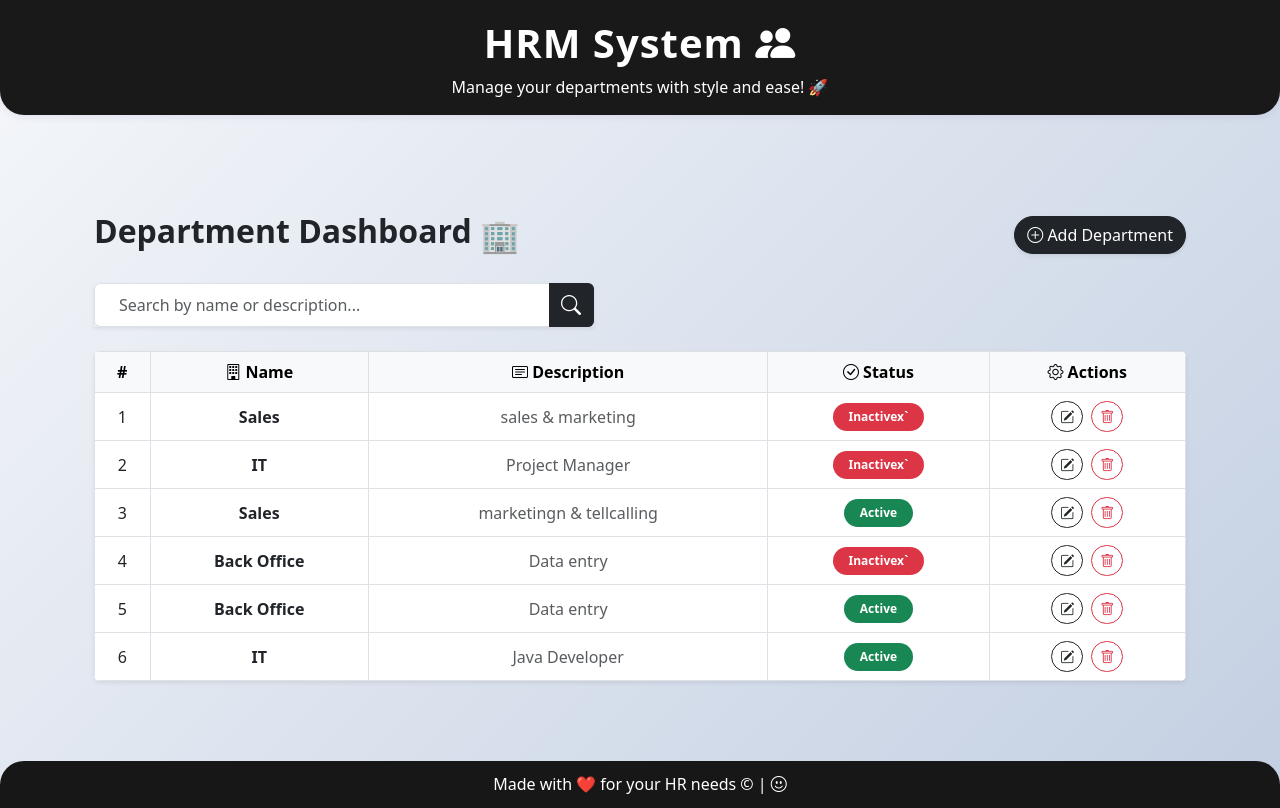
Repository: rtrupti09/HRMS
Page: http://localhost/departments/
These files come from the project's save history. The page is drawn as it stood at one moment and after the next save; the edit follows.
The browser window is 1280 px wide. The pictures show the whole page.
The page is served by the project's application, run on Django 5.2 (hrm_system/manage.py). The first stored user is signed in. Other server files are loaded and not shown. The page reads the database file committed with the project.

Above is the page before, as saved 2025-06-22 15:54:33.

### hrm_system/templates/department/dashboard.html
{% extends "base.html" %}

{% block extra_head %}
<link rel="stylesheet" href="https://cdn.jsdelivr.net/npm/bootstrap-icons@1.10.5/font/bootstrap-icons.css">
{% endblock %}

{% block content %}
<div class="container py-5">
    <!-- Header -->
    <div class="d-flex align-items-center justify-content-between mb-4">
        <div class="d-flex align-items-center">
            <h2 class="me-2 text-dark fw-bold">Department Dashboard</h2>
            <span class="fs-2">🏢</span>
        </div>
        <a href="{% url 'add_department' %}" class="btn btn-dark shadow-sm" style="border-radius: 30px;">
            <i class="bi bi-plus-circle"></i> Add Department
        </a>
    </div>

<!-- Stylish Search Form -->
<form method="get" class="input-group mb-4 shadow-sm" style="max-width: 500px;">
    <input type="text" name="search" value="{{ search }}"
           class="form-control px-4 py-2 border-end-0 "
           placeholder="Search by name or description..."
           style="font-size: 1rem;">
    <button class="btn btn-dark border-start-0 " type="submit">
        <i class="bi bi-search fs-5"></i>
    </button>
</form>


    <!-- Department Table -->
    <div class="table-responsive rounded shadow-sm">
        <table class="table table-bordered table-hover align-middle mb-0" style="background-color: #ffffff;">
            <thead class="table-light">
                <tr class="text-center">
                    <th>#</th>
                    <th><i class="bi bi-building"></i> Name</th>
                    <th><i class="bi bi-card-text"></i> Description</th>
                    <th><i class="bi bi-check-circle"></i> Status</th>
                    <th><i class="bi bi-gear"></i> Actions</th>
                </tr>
            </thead>
            <tbody>
                {% for dept in departments %}
                <tr class="text-center">
                    <td>{{ forloop.counter }}</td>
                    <td class="fw-semibold text-capitalize text-dark">{{ dept.dept_name }}</td>
                    <td class="text-muted">{{ dept.description }}</td>
                    <td>
                        {% if dept.status %}
                            <span class="badge bg-success px-3 py-2 rounded-pill">Active</span>
                        {% else %}
                            <span class="badge bg-danger px-3 py-2 rounded-pill">Inactivex`</span>
                        {% endif %}
                    </td>
                    <td>
                        <a href="{% url 'edit_department' dept.id %}" class="btn btn-sm btn-outline-dark rounded-pill me-1">
                            <i class="bi bi-pencil-square"></i>
                        </a>
                        <a href="{% url 'delete_department' dept.id %}" class="btn btn-sm btn-outline-danger rounded-pill">
                            <i class="bi bi-trash"></i>
                        </a>
                    </td>
                </tr>
                {% empty %}
                <tr>
                    <td colspan="5" class="text-center text-muted py-4">😕 No departments found.</td>
                </tr>
                {% endfor %}
            </tbody>
        </table>
    </div>
</div>
{% endblock %}

### hrm_system/templates/base.html
<!-- templates/base.html -->
<!DOCTYPE html>
<html lang="en">
<head>
    <meta charset="UTF-8">
    <title>HRM System</title>
    <meta name="viewport" content="width=device-width, initial-scale=1">
    <link href="https://cdn.jsdelivr.net/npm/bootstrap@5.3.0/dist/css/bootstrap.min.css" rel="stylesheet">
    <link rel="stylesheet" href="https://cdn.jsdelivr.net/npm/bootstrap-icons@1.10.5/font/bootstrap-icons.css">
    <style>
        body {
            background: linear-gradient(135deg, #f5f7fa 0%, #c3cfe2 100%);
            min-height: 100vh;
        }
        .hrm-header {
            background: #19191a;
            color: #fff;
            padding: 1.2rem 0 1rem 0;
            border-radius: 0 0 24px 24px;
            box-shadow: 0 2px 8px rgba(75,0,130,0.08);
            margin-bottom: 2rem;
        }
        .hrm-footer {
            background: #171717;
            color: #fff;
            text-align: center;
            padding: 0.7rem 0;
            border-radius: 24px 24px 0 0;
            margin-top: 2rem;
            font-size: 1rem;
        }
    </style>
    {% block extra_head %}{% endblock %}
</head>
<body>
    <div class="hrm-header text-center">
        <h1 style="font-weight:bold; letter-spacing:1px;">HRM System <i class="bi bi-people-fill"></i></h1>
        <p class="mb-0">Manage your departments with style and ease! 🚀</p>
    </div>
    <div class="container pt-3">
        {% if messages %}
        <div>
            {% for message in messages %}
                <div class="alert alert-{{ message.tags }} alert-dismissible fade show" role="alert">
                    {{ message }}
                    <button type="button" class="btn-close" data-bs-dismiss="alert"></button>
                </div>
            {% endfor %}
        </div>
        {% endif %}
        {% block content %}{% endblock %}
    </div>
    <div class="hrm-footer">
        <span>Made with ❤️ for your HR needs &copy; {{ now|date:'Y' }} | <i class="bi bi-emoji-smile"></i></span>
    </div>
</body>
</html>

### hrm_system/department/models.py
# department/models.py
from django.db import models

class Department(models.Model):
    dept_name = models.CharField(max_length=100)
    description = models.CharField(max_length=300)
    created_at = models.DateTimeField(auto_now_add=True)
    updated_at = models.DateTimeField(auto_now=True)
    status = models.BooleanField(default=True)

    def __str__(self):
        return self.dept_name

### hrm_system/department/views.py
# department/views.py
from django.shortcuts import render, redirect, get_object_or_404
from .models import Department
from .forms import DepartmentForm
from django.contrib import messages
from django.contrib.auth.decorators import user_passes_test

def admin_required(view_func):
    return user_passes_test(lambda u: u.is_superuser)(view_func)

@admin_required
def department_dashboard(request):
    departments = Department.objects.all()
    query = request.GET.get("search", "")
    if query:
        departments = departments.filter(dept_name__icontains=query)
    return render(request, "department/dashboard.html", {"departments": departments})

@admin_required
def add_department(request):
    if request.method == "POST":
        form = DepartmentForm(request.POST)
        if form.is_valid():
            form.save()
            messages.success(request, "Department added successfully.")
            return redirect('department_dashboard')
    else:
        form = DepartmentForm()
    return render(request, "department/add_edit.html", {"form": form})

@admin_required
def edit_department(request, dept_id):
    department = get_object_or_404(Department, pk=dept_id)
    if request.method == "POST":
        form = DepartmentForm(request.POST, instance=department)
        if form.is_valid():
            form.save()
            messages.success(request, "Department updated successfully.")
            return redirect('department_dashboard')
    else:
        form = DepartmentForm(instance=department)
    return render(request, "department/add_edit.html", {"form": form})

@admin_required
def delete_department(request, dept_id):
    department = get_object_or_404(Department, pk=dept_id)
    if request.method == "POST":
        department.status = False  # Soft delete
        department.save()
        messages.warning(request, "Department deactivated. Reassign employees before deletion.")
        return redirect('department_dashboard')
    return render(request, "department/confirm_delete.html", {"department": department})

### hrm_system/hrm_system/urls.py
"""
URL configuration for hrm_system project.

The `urlpatterns` list routes URLs to views. For more information please see:
    https://docs.djangoproject.com/en/5.2/topics/http/urls/
Examples:
Function views
    1. Add an import:  from my_app import views
    2. Add a URL to urlpatterns:  path('', views.home, name='home')
Class-based views
    1. Add an import:  from other_app.views import Home
    2. Add a URL to urlpatterns:  path('', Home.as_view(), name='home')
Including another URLconf
    1. Import the include() function: from django.urls import include, path
    2. Add a URL to urlpatterns:  path('blog/', include('blog.urls'))
"""
# hrm_system/urls.py

from django.contrib import admin
from django.urls import path, include
from django.shortcuts import redirect

urlpatterns = [
    path('admin/', admin.site.urls),
    path('departments/', include('department.urls')),
    path('accounts/', include('django.contrib.auth.urls')),  # ✅ Add this line
    path('', lambda request: redirect('department_dashboard')),
]

### hrm_system/department/urls.py
# department/urls.py
from django.urls import path
from . import views

urlpatterns = [
    path('', views.department_dashboard, name='department_dashboard'),
    path('add/', views.add_department, name='add_department'),
    path('edit/<int:dept_id>/', views.edit_department, name='edit_department'),
    path('delete/<int:dept_id>/', views.delete_department, name='delete_department'),
]

### hrm_system/db.sqlite3 (the tables this page reads, as SQL)
CREATE TABLE "auth_user" ("id" integer NOT NULL PRIMARY KEY AUTOINCREMENT, "password" varchar(128) NOT NULL, "last_login" datetime NULL, "is_superuser" bool NOT NULL, "username" varchar(150) NOT NULL UNIQUE, "last_name" varchar(150) NOT NULL, "email" varchar(254) NOT NULL, "is_staff" bool NOT NULL, "is_active" bool NOT NULL, "date_joined" datetime NOT NULL, "first_name" varchar(150) NOT NULL);
INSERT INTO "auth_user" VALUES
(1, 'pbkdf2_sha256$1000000$klXm5yfIOGV7m5jneleXNI$T7tebBIVv4do04abtiFRVLbcZeciDKrjFDq6fdQjkgs=', '2025-06-22 09:39:57.673721', 1, 'admin', '', '', 1, 1, '2025-06-22 09:14:34.032178', '');

CREATE TABLE "department_department" ("id" integer NOT NULL PRIMARY KEY AUTOINCREMENT, "dept_name" varchar(100) NOT NULL, "description" varchar(300) NOT NULL, "created_at" datetime NOT NULL, "updated_at" datetime NOT NULL, "status" bool NOT NULL);
INSERT INTO "department_department" VALUES
(1, 'sales', 'sales & marketing', '2025-06-22 09:48:29.772689', '2025-06-22 09:53:15.225973', 0),
(2, 'IT', 'Project Manager', '2025-06-22 09:50:40.913259', '2025-06-22 09:50:45.176349', 0),
(3, 'sales', 'marketingn & tellcalling', '2025-06-22 09:53:28.339740', '2025-06-22 09:53:44.053389', 1),
(4, 'back office', 'Data entry', '2025-06-22 09:54:09.921954', '2025-06-22 09:54:14.452761', 0),
(5, 'back office', 'Data entry', '2025-06-22 09:54:41.224577', '2025-06-22 09:54:41.224597', 1),
(6, 'IT', 'Java Developer', '2025-06-22 10:01:21.121885', '2025-06-22 10:01:21.121905', 1);

After the next save:
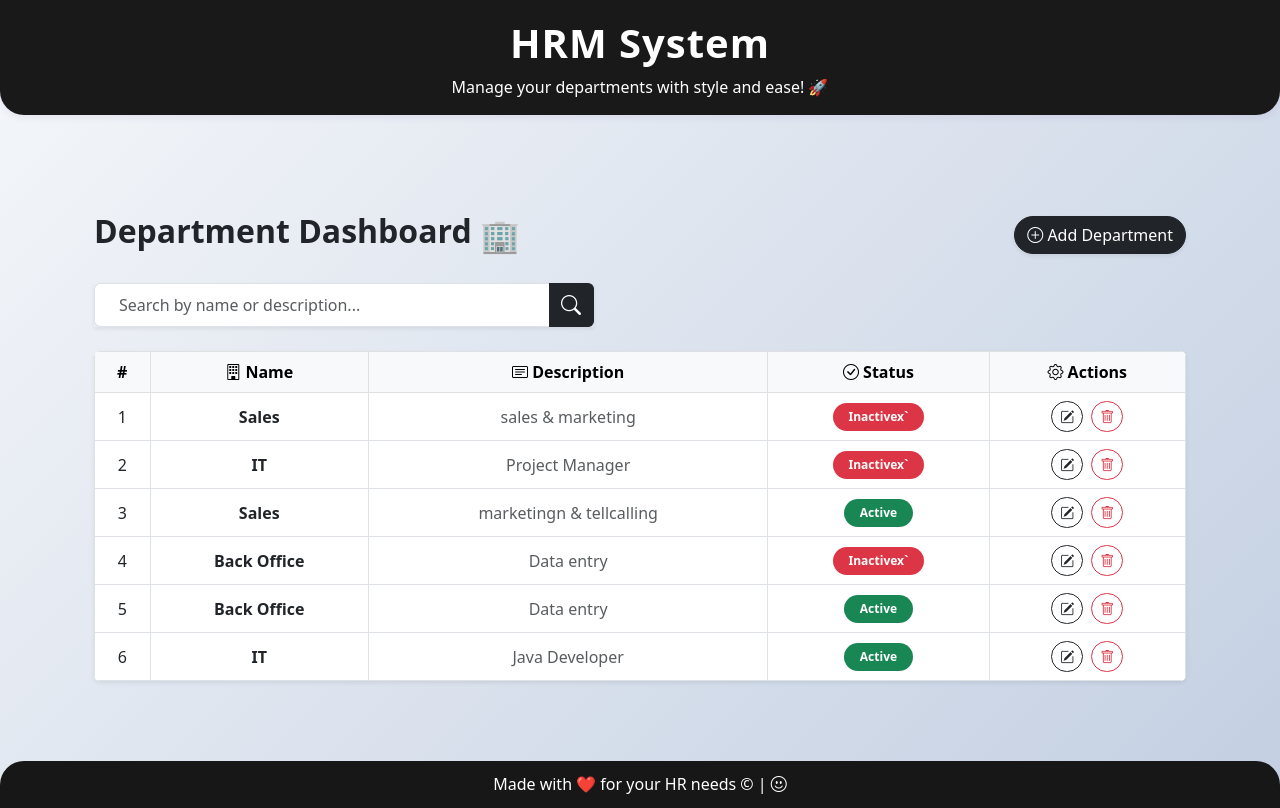
Saved 7 s later.
--- a/hrm_system/templates/base.html
+++ b/hrm_system/templates/base.html
@@ -34,7 +34,7 @@
 </head>
 <body>
     <div class="hrm-header text-center">
-        <h1 style="font-weight:bold; letter-spacing:1px;">HRM System <i class="bi bi-people-fill"></i></h1>
+        <h1 style="font-weight:bold; letter-spacing:1px;">HRM System</h1>
         <p class="mb-0">Manage your departments with style and ease! 🚀</p>
     </div>
     <div class="container pt-3">
